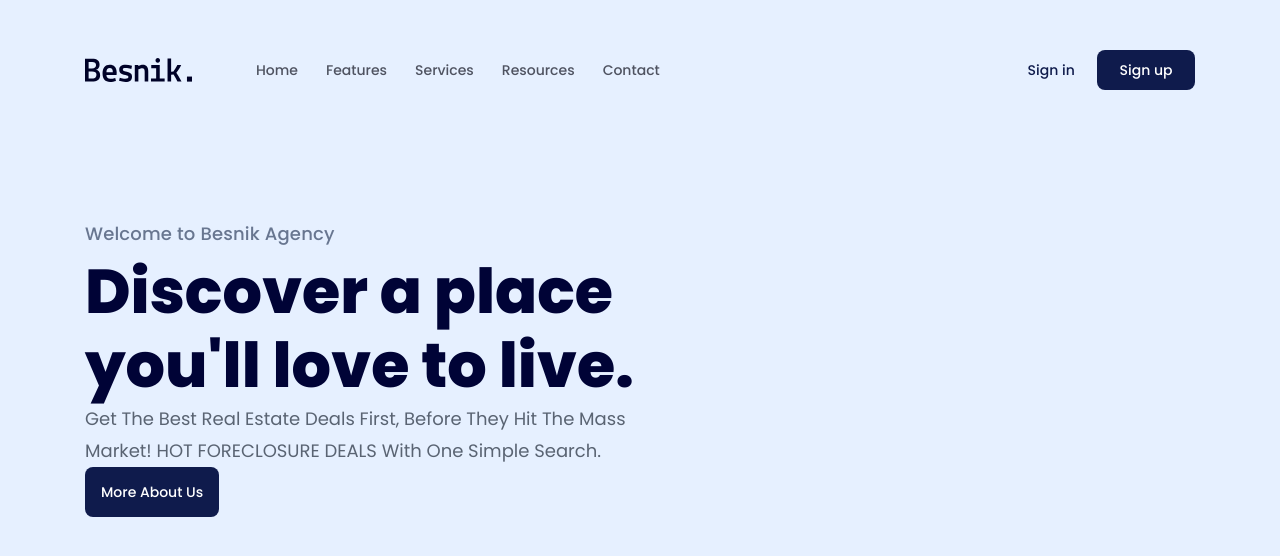
Repository: trungnguyen131/froject-01
Page: index.html
An editor plug-in stored every save of this project. The page is shown before and after the next save, followed by the edit.
The browser window is 1280 px wide. The pictures show the whole page.

Above is the page before, as saved 2024-02-25 23:45:55.

After the next save:
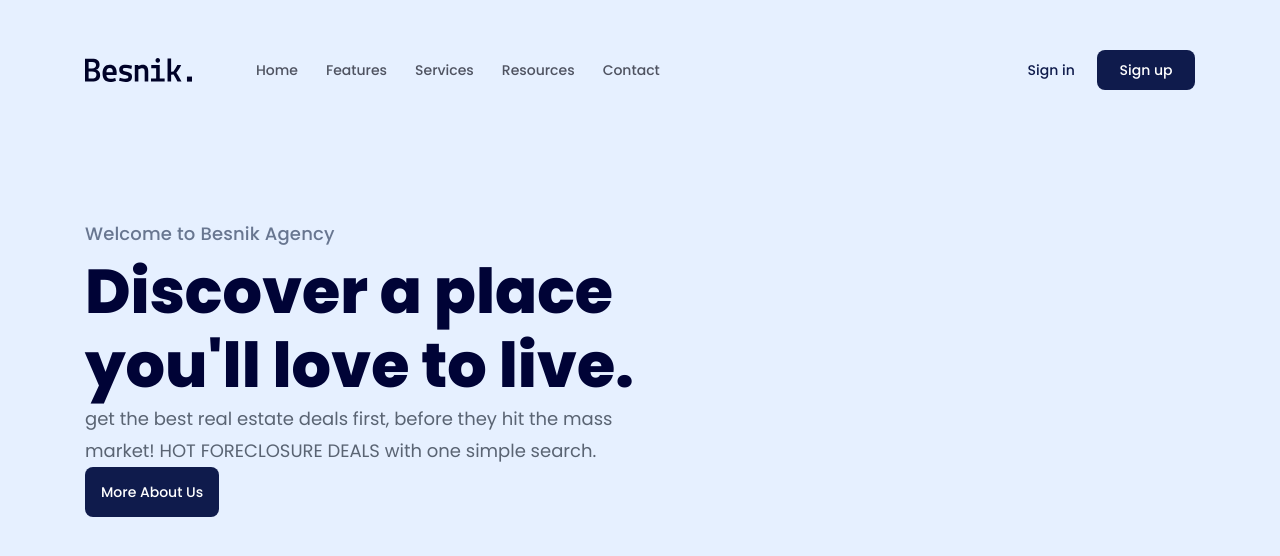
Saved 47 s later.
--- a/assets/css/style.css
+++ b/assets/css/style.css
@@ -103,6 +103,5 @@ a {
     color: #5A6473;
     font-size: 1.8rem;
     font-weight: 400;
-    line-height: 1.78; /* 177.778% */
-    text-transform: capitalize;
+    line-height: 1.78;
 }
